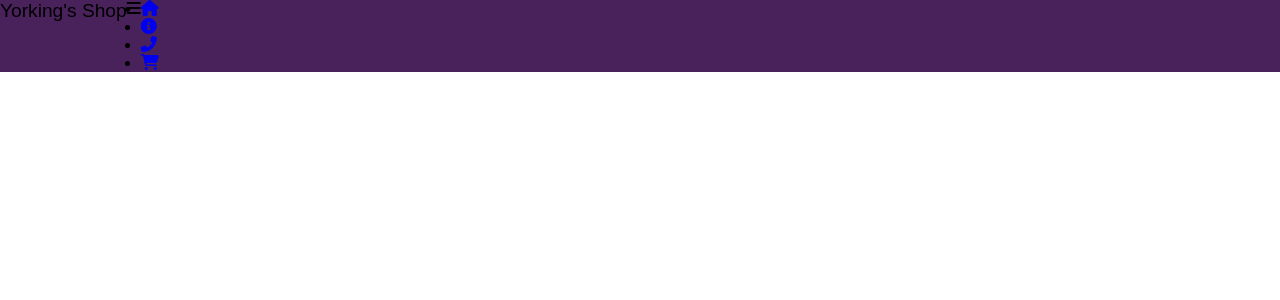
Repository: yorkings/eccomerce-website-in-js
Page: index.html
An editor plug-in stored every save of this project. The page is shown before and after the next save, followed by the edit.
The browser window is 1280 px wide. The pictures show the whole page.
Some web libraries are served in a nearby version.

Above is the page before, as saved 2025-05-24 10:54:54.

### index.html
<!DOCTYPE html>
<html lang="en">
<head>
  <meta charset="UTF-8" />
  <meta name="viewport" content="width=device-width, initial-scale=1.0"/>
  <title>Responsive Ecommerce Navbar</title>
  <link rel="stylesheet" href="style.css" />
  <script src="https://kit.fontawesome.com/9ed7d13a3c.js" crossorigin="anonymous"></script>
</head>
<body>
   <nav class="navbar">
      <div class="logo">Yorking's Shop</div>
      <p class="menu-toggle open" id="open-toggle">
         <i class="fas fa-bars"></i>
      </p>
      <ul class="navbar-list" id="navbar-list">
            <li class="nav-item"><a href="#"><i class="fas fa-home"></i></a></li>
            <li class="nav-item"><a href="#"><i class="fas fa-info-circle"></i></a></li>
            <li class="nav-item"><a href="#"><i class="fas fa-phone-alt"></i></a></li>
            <li class="nav-item"><a href="#"><i class="fas fa-shopping-cart"></i></a></li>
      </ul>
   </nav>
</body>
</html>

### style.css
*{
   box-sizing: border-box;
   margin: 0;
  padding: 0;
  font-family: Arial, sans-serif

}
.navbar{
    background-color: rgba(49, 4, 70, 0.884);
    display: flex;
}
.logo{
    font-size: 1.2em;
}

@media  (max-width:768px)  {

}

After the next save:
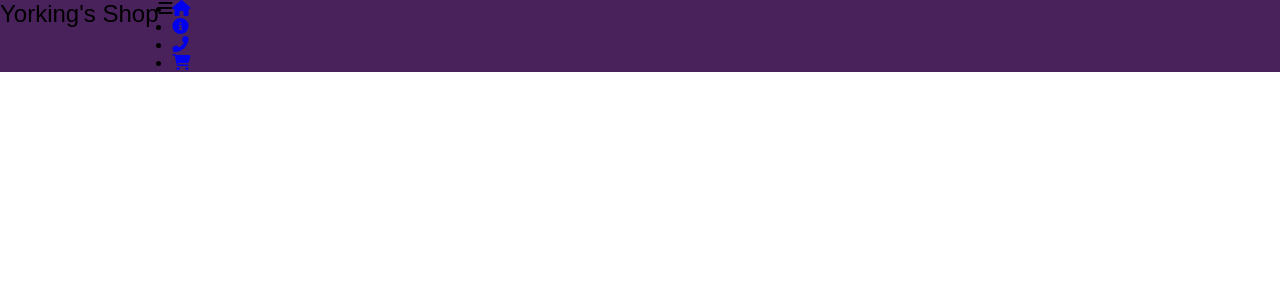
Saved 16 s later.
--- a/style.css
+++ b/style.css
@@ -10,7 +10,7 @@
     display: flex;
 }
 .logo{
-    font-size: 1.2em;
+    font-size: 1.5em;
 }
 
 @media  (max-width:768px)  {
